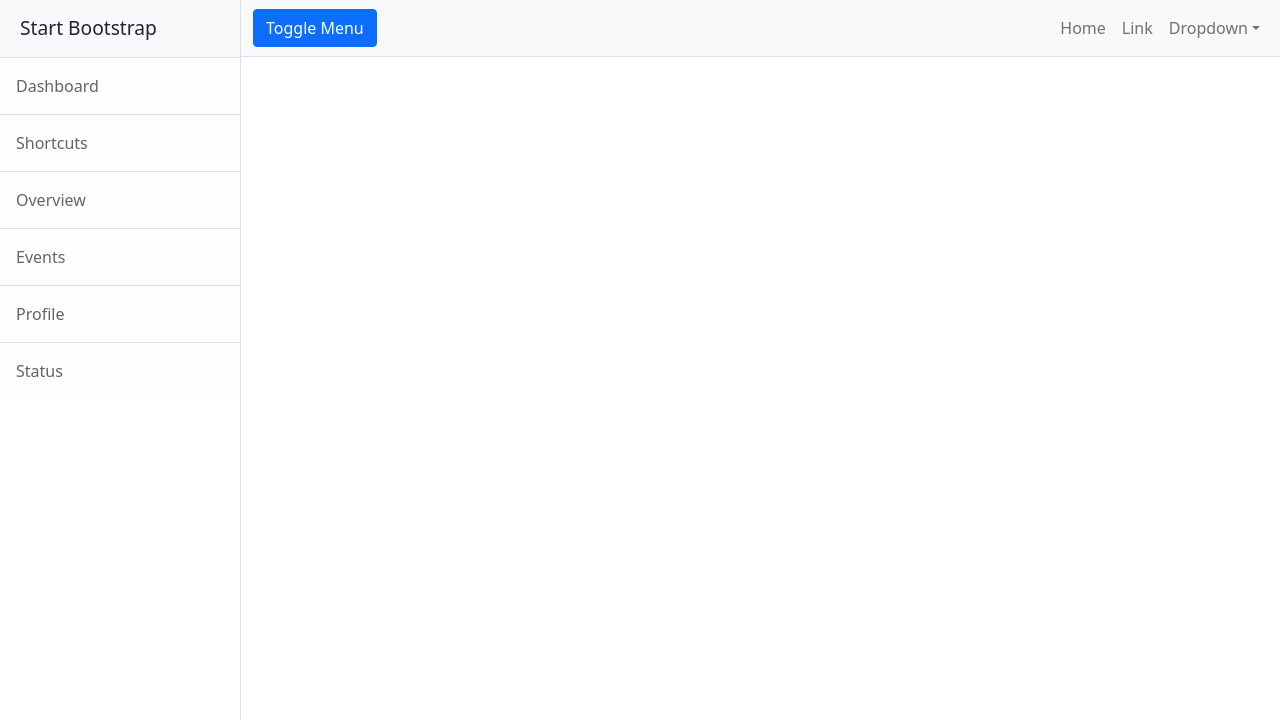
Repository: iwonhee/Study_Servlet
Page: web/src/main/webapp/index.html
An editor plug-in stored every save of this project. The page is shown before and after the next save, followed by the edit.
The browser window is 1280 px wide. The pictures show the whole page.

Above is the page before, as saved 2022-11-24 07:17:08.

After the next save:
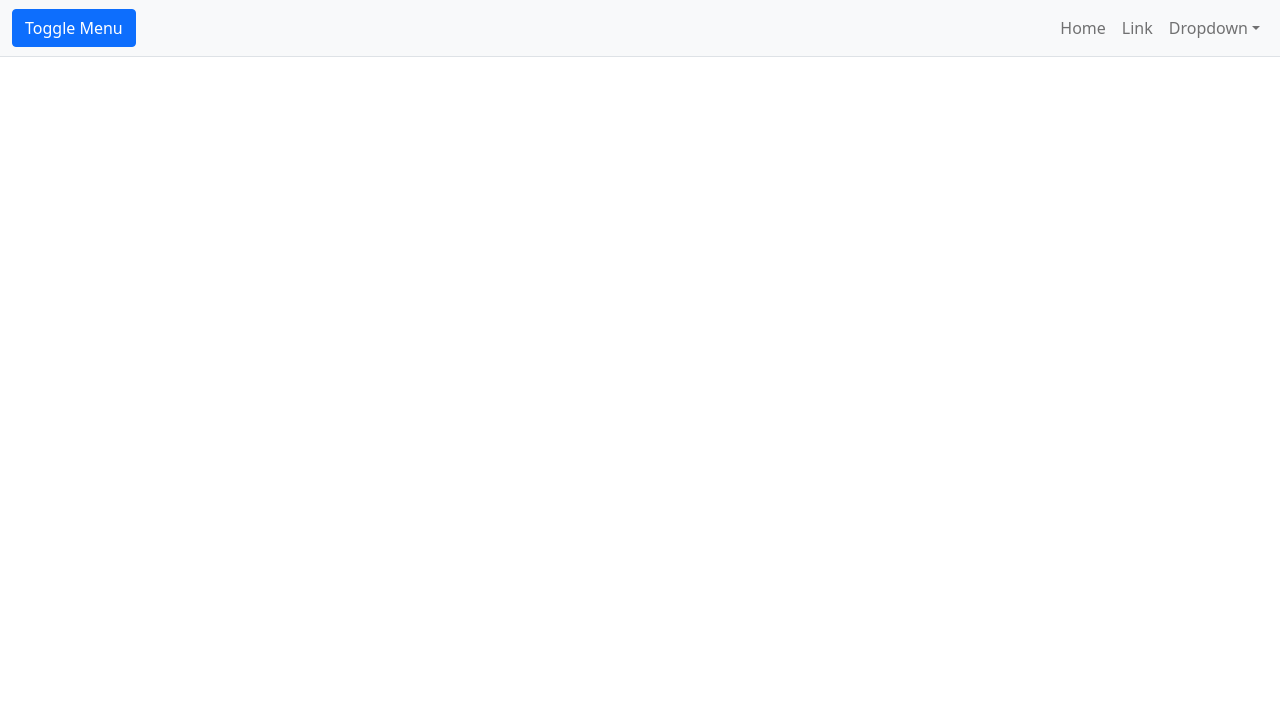
Saved 41 s later.
--- a/web/src/main/webapp/index.html
+++ b/web/src/main/webapp/index.html
@@ -12,17 +12,7 @@
     <body>
         <div class="d-flex" id="wrapper">
             <!-- Sidebar-->
-            <div class="border-end bg-white" id="sidebar-wrapper">
-                <div class="sidebar-heading border-bottom bg-light">Start Bootstrap</div>
-                <div class="list-group list-group-flush">
-                    <a class="list-group-item list-group-item-action list-group-item-light p-3" href="#!">Dashboard</a>
-                    <a class="list-group-item list-group-item-action list-group-item-light p-3" href="#!">Shortcuts</a>
-                    <a class="list-group-item list-group-item-action list-group-item-light p-3" href="#!">Overview</a>
-                    <a class="list-group-item list-group-item-action list-group-item-light p-3" href="#!">Events</a>
-                    <a class="list-group-item list-group-item-action list-group-item-light p-3" href="#!">Profile</a>
-                    <a class="list-group-item list-group-item-action list-group-item-light p-3" href="#!">Status</a>
-                </div>
-            </div>
+
             <!-- Page content wrapper-->
             <div id="page-content-wrapper">
                 <!-- Top navigation-->
